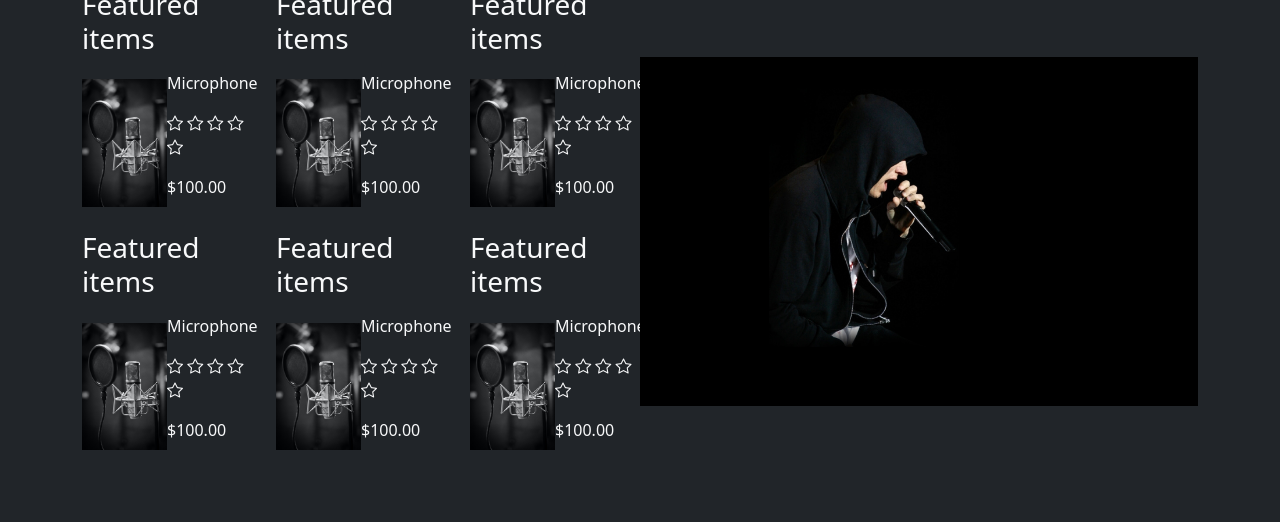
Repository: Eugene44-hub/music-workshop-site
Page: index.html
The author's editor kept a copy of each file at every save. The page is drawn from the files as they stood at one save, then again after the next save.
The browser window is 1280 px wide. The pictures show the part of the page from y = 1393 to 1963 px (the page is 1915 px tall before and 1963 px after).
A picture or video elsewhere on the page could not be fetched, so the positions and the page height are approximate. Some web libraries are served in a nearby version.

Above is the page before, as saved 2021-10-24 14:22:14.

After the next save:
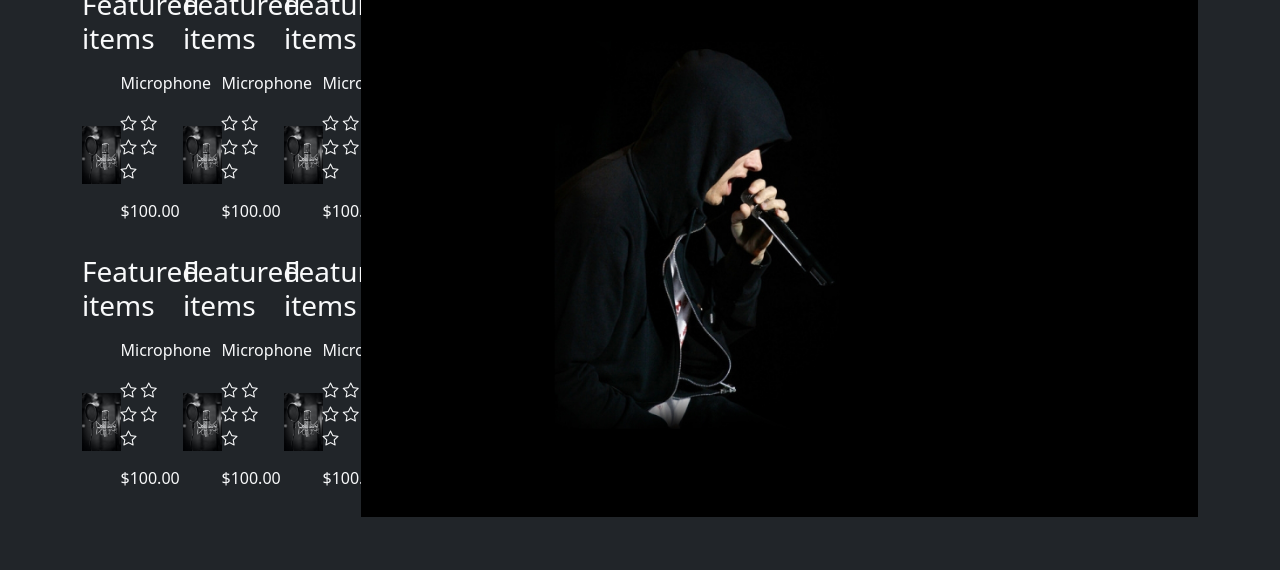
Saved 10 min 17 s later.
--- a/index.html
+++ b/index.html
@@ -252,7 +252,7 @@
                 </div>
 
 
-                <img src="images/eminem.jpg" class="img-fluid w-50 pt-5 d-none d-lg-block" alt="">
+                <img src="images/eminem.jpg" class="img-fluid w-75 pt-5 d-none d-lg-block" alt="">
 
 
             </div>
